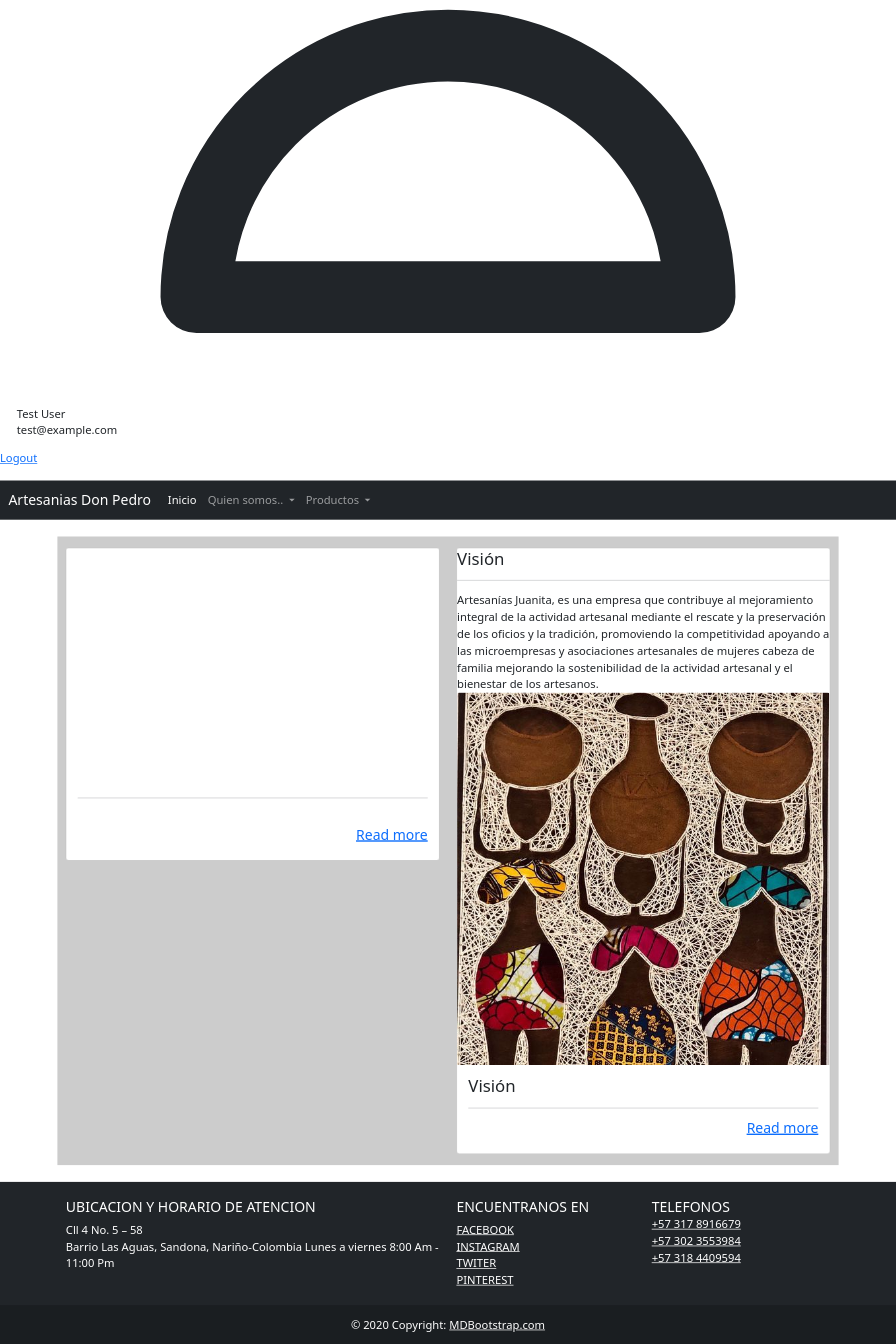
Repository: PG210/taller_artesania
Page: http://localhost/arte/mision
These files come from the project's save history. The page is drawn as it stood at one moment and after the next save; the edit follows.
The browser window is 1280 px wide. The pictures show the part of the page from y = 2149 to 4069 px (the page is 4069 px tall), at 70% of full size.
Pictures or frames that could not be fetched are drawn as grey boxes. The page is served by the project's Laravel application, run on PHP 8.4 with Laravel 8. A made-up administrator, Test User (test@example.com), is signed in. Other server files are loaded and not shown.

Above is the page before, as saved 2021-01-14 15:40:33.

### routes/web.php
<?php

use Illuminate\Support\Facades\Route;
use App\Http\Controllers\Productos;

/*
|--------------------------------------------------------------------------
| Web Routes
|--------------------------------------------------------------------------
|
| Here is where you can register web routes for your application. These
| routes are loaded by the RouteServiceProvider within a group which
| contains the "web" middleware group. Now create something great!
|
*/

Route::get('/', function () {
    return view('welcome');
});
//ruta mision vision
Route::get('arte/vision', function () {
    return view('arte.vision');
});
//histortia
Route::get('arte/historia', function () {
    return view('arte.historia');
});
Route::get('arte/mision', function () {
    return view('arte.mision');
});

//ubicacion
Route::get('arte/ubicacion', function () {
    return view('arte.ubicacion');
});
//productos
Route::get('/productos', [Productos::class, 'index']);

Route::get('/dashboard', function () {
    return view('dashboard');
})->middleware(['auth'])->name('dashboard');

require __DIR__.'/auth.php';

### resources/views/arte/mision.blade.php
<body>

    @extends('layouts.app') @section('content')




    <div class="container">

        <div class="row">

            <!--tarjeta 1 mision hotel-->
            <div class="col-lg-6" style="background-color:#ccc">

                <p>
                    <!-- Card Dark -->
                    <div class="card">

                        <!-- Card image -->
                        <div class="container">
                            <br>
                            <div class="view overlay ">
                                <video loop="true " muted autoplay width="530 " height="300 ">
                    <source src='{{url("/img/video.mp4")}}' type="video/mp4 " alt="Card image cap ">
                <a>
                    <div class="mask " style=" background-color: rgba(230, 179, 179, 0.5) "></div>
                </a>
            </div>
            </div>

          <!-- Card content -->
          <div class="card-body elegant-color white-text rounded-bottom">

            <!-- Social shares button -->

            <!-- Title -->

            <hr class="hr-light">



                 <br>
            <!-- Link -->
            <a href="#!" class="white-text d-flex justify-content-end">
              <h5>Read more <i class="fas fa-angle-double-right"></i></h5>
            </a>

          </div>

        </div>
        <!-- Card Dark --></p>
  </div>



  <!--tarjeta dos vision-->
  <div class="col-lg-6"  style="background-color:#ccc">

    <p><!-- Card Dark -->
        <div class="card">

          <!-- Card image -->
          <div class="view overlay">
           <h4 class="card-title">Visión</h4>
            <hr class="hr-light">
          Artesanías Juanita, es una empresa que contribuye al mejoramiento integral de la actividad artesanal mediante el rescate y la preservación de los oficios y la tradición, promoviendo la competitividad apoyando a las microempresas y asociaciones artesanales de mujeres cabeza de familia mejorando la sostenibilidad de la actividad artesanal y el bienestar de los artesanos.
            <img class="card-img-top" src="../img/4.jpg"
              alt="Card image cap">
            <a>
              <div class="mask rgba-white-slight"></div>
            </a>
          </div>

          <!-- Card content -->
          <div class="card-body elegant-color white-text rounded-bottom">

            <!-- Social shares button -->

            <!-- Title -->
            <h4 class="card-title">Visión</h4>
            <hr class="hr-light">
            <!-- Text -->

            <!-- Link -->
            <a href="#!" class="white-text d-flex justify-content-end">
              <h5>Read more <i class="fas fa-angle-double-right"></i></h5>
            </a>

          </div>

        </div>
        <!-- Card Dark --></p>
  </div>
</div>
</div>




</div>
@stop

</body>

### resources/views/layouts/app.blade.php
<!DOCTYPE html>
<html lang="{{ str_replace('_', '-', app()->getLocale()) }}">
    <head>
        <meta charset="utf-8">
        <meta name="viewport" content="width=device-width, initial-scale=1">
        <meta name="csrf-token" content="{{ csrf_token() }}">

        <title>{{ config('app.name', 'Laravel') }}</title>

        <!-- Fonts -->
        <link rel="stylesheet" href="https://fonts.googleapis.com/css2?family=Nunito:wght@400;600;700&display=swap">
        <link href="{{ url('/assets/bootstrap/css/bootstrap.min.css') }}" rel="stylesheet">
        <!-- Styles -->
        <link rel="stylesheet" href="{{ asset('css/app.css') }}">

        <!-- Scripts -->
        <script src="{{ asset('js/app.js') }}" defer></script>


    </head>

    <body class="font-sans antialiased">
        <div class="min-h-screen bg-gray-100">
            @include('layouts.navigation')

            <nav class="navbar navbar-expand-lg navbar navbar-dark bg-dark">
  <div class="container-fluid">
    <a class="navbar-brand" href="#">Artesanias Don Pedro</a>
    <button class="navbar-toggler" type="button" data-bs-toggle="collapse" data-bs-target="#navbarNavDropdown" aria-controls="navbarNavDropdown" aria-expanded="false" aria-label="Toggle navigation">
      <span class="navbar-toggler-icon"></span>
    </button>
    <div class="collapse navbar-collapse" id="navbarNavDropdown">
      <ul class="navbar-nav">
        <li class="nav-item">
          <a class="nav-link active" aria-current="page" href="#">Inicio</a>
        </li>


        <li class="nav-item dropdown">
          <a class="nav-link dropdown-toggle" href="#" id="navbarDropdownMenuLink" role="button" data-bs-toggle="dropdown" aria-expanded="false">
            Quien somos..
          </a>
          <ul class="dropdown-menu" aria-labelledby="navbarDropdownMenuLink">
            <li><a class="dropdown-item" href="{{url('/arte/mision')}}">Mision</a></li>
            <li><a class="dropdown-item" href="{{url('/arte/vision')}}">Vision</a></li>
            <li><a class="dropdown-item" href="{{url('/arte/ubicacion')}}">Ubicacion</a></li>
            <li><a class="dropdown-item" href="{{url('/arte/historia')}}">Historia</a></li>
          </ul>
        </li>

        <li class="nav-item dropdown">
          <a class="nav-link dropdown-toggle" href="#" id="navbarDropdownMenuLink" role="button" data-bs-toggle="dropdown" aria-expanded="false">
            Productos
          </a>
          <ul class="dropdown-menu" aria-labelledby="navbarDropdownMenuLink">
            <li><a class="dropdown-item" href="{{url('/productos')}}">Sombreros</a></li>
            <li><a class="dropdown-item" href="#">Mochilas</a></li>
            <li><a class="dropdown-item" href="#">Tejidos</a></li>
            <li><a class="dropdown-item" href="#">Visuterias</a></li>
            <li><a class="dropdown-item" href="#">Ofertas</a></li>
          </ul>
        </li>
      </ul>
    </div>
  </div>
</nav>
<br>
            <!-- Page Heading -->
            <div class="container">
           @yield('content')
           </div>
        </div>
<!--footer-->
<br>
        <footer class="bg-dark text-white text-center text-lg-start">
  <!-- Grid container -->
  <div class="container p-4">
    <!--Grid row-->
    <div class="row">
      <!--Grid column-->
      <div class="col-lg-6 col-md-12 mb-4 mb-md-0">
        <h5 class="text-uppercase">Ubicacion y Horario de Atencion</h5>

        <p>
        <bFooterr>
        Cll 4 No. 5 – 58<br>
        Barrio Las Aguas, Sandona, Nariño-Colombia
        Lunes a viernes 8:00 Am - 11:00 Pm
        </p>
      </div>
      <!--Grid column-->

      <!--Grid column-->
      <div class="col-lg-3 col-md-6 mb-4 mb-md-0">
        <h5 class="text-uppercase">Encuentranos en</h5>

        <ul class="list-unstyled mb-0">
          <li>
            <a href="#!" class="text-white">FACEBOOK</a>
          </li>
          <li>
            <a href="#!" class="text-white">INSTAGRAM</a>
          </li>
          <li>
            <a href="#!" class="text-white">TWITER</a>
          </li>
          <li>
            <a href="#!" class="text-white">PINTEREST</a>
          </li>
        </ul>
      </div>
      <!--Grid column-->

      <!--Grid column-->
      <div class="col-lg-3 col-md-6 mb-4 mb-md-0">
        <h5 class="text-uppercase mb-0">TELEFONOS</h5>

        <ul class="list-unstyled">
          <li>
            <a href="#!" class="text-white">+57 317 8916679</a>
          </li>
          <li>
            <a href="#!" class="text-white">+57 302 3553984</a>
          </li>
          <li>
            <a href="#!" class="text-white">+57 318 4409594</a>
          </li>

        </ul>
      </div>
      <!--Grid column-->
    </div>
    <!--Grid row-->
  </div>
  <!-- Grid container -->

  <!-- Copyright -->
  <div class="text-center p-3" style="background-color: rgba(0, 0, 0, 0.2)">
    © 2020 Copyright:
    <a class="text-white" href="https://mdbootstrap.com/">MDBootstrap.com</a>
  </div>
  <!-- Copyright -->
</footer>
<!--end footer-->



        <script src="https://code.jquery.com/jquery-3.5.1.slim.min.js" integrity="sha384-DfXdz2htPH0lsSSs5nCTpuj/zy4C+OGpamoFVy38MVBnE+IbbVYUew+OrCXaRkfj" crossorigin="anonymous"></script>
        <script src="https://cdn.jsdelivr.net/npm/popper.js@1.16.1/dist/umd/popper.min.js" integrity="sha384-9/reFTGAW83EW2RDu2S0VKaIzap3H66lZH81PoYlFhbGU+6BZp6G7niu735Sk7lN" crossorigin="anonymous"></script>
       <script type="text/javascript" src="{{ url('/assets/bootstrap/js/bootstrap.min.js') }}"></script>
    </body>
</html>

### resources/views/layouts/navigation.blade.php
<nav x-data="{ open: false }" class="bg-white border-b border-gray-100">
    <!-- Primary Navigation Menu -->
    <!--aqui cambiar-->
    <div class=" navbar-dark bg-indigo">
        <div class="flex justify-between h-16">
            <div class="flex">
                <!-- Logo -->
                <div class="flex-shrink-0 flex items-center">
                    <a href="{{ route('dashboard') }}">
                        <x-application-logo class="block h-10 w-auto fill-current text-gray-600" />
                    </a>
                </div>

                <!-- Navigation Links -->
                <div class="hidden space-x-8 sm:-my-px sm:ml-10 sm:flex">
                    <x-nav-link :href="route('dashboard')" :active="request()->routeIs('dashboard')">
                        {{ __('Bienvenidos! Tienda Virtual') }}
                    </x-nav-link>
                </div>
            </div>

            <!-- Settings Dropdown -->
            <div class="hidden sm:flex sm:items-center sm:ml-6">
                <x-dropdown align="right" width="48">
                    <x-slot name="trigger">
                        <button class="flex items-center text-sm font-medium text-gray-500 hover:text-gray-700 hover:border-gray-300 focus:outline-none focus:text-gray-700 focus:border-gray-300 transition duration-150 ease-in-out">
                            <div>{{ Auth::user()->name }}</div>

                            <div class="ml-1">
                                <svg class="fill-current h-4 w-4" xmlns="http://www.w3.org/2000/svg" viewBox="0 0 20 20">
                                    <path fill-rule="evenodd" d="M5.293 7.293a1 1 0 011.414 0L10 10.586l3.293-3.293a1 1 0 111.414 1.414l-4 4a1 1 0 01-1.414 0l-4-4a1 1 0 010-1.414z" clip-rule="evenodd" />
                                </svg>
                            </div>
                        </button>
                    </x-slot>

                    <x-slot name="content">
                        <!-- Authentication -->
                        <form method="POST" action="{{ route('logout') }}">
                            @csrf

                            <x-dropdown-link :href="route('logout')"
                                    onclick="event.preventDefault();
                                                this.closest('form').submit();">
                                {{ __('Logout') }}
                            </x-dropdown-link>
                        </form>
                    </x-slot>
                </x-dropdown>
            </div>

            <!-- Hamburger -->
            <div class="-mr-2 flex items-center sm:hidden">
                <button @click="open = ! open" class="inline-flex items-center justify-center p-2 rounded-md text-gray-400 hover:text-gray-500 hover:bg-gray-100 focus:outline-none focus:bg-gray-100 focus:text-gray-500 transition duration-150 ease-in-out">
                    <svg class="h-6 w-6" stroke="currentColor" fill="none" viewBox="0 0 24 24">
                        <path :class="{'hidden': open, 'inline-flex': ! open }" class="inline-flex" stroke-linecap="round" stroke-linejoin="round" stroke-width="2" d="M4 6h16M4 12h16M4 18h16" />
                        <path :class="{'hidden': ! open, 'inline-flex': open }" class="hidden" stroke-linecap="round" stroke-linejoin="round" stroke-width="2" d="M6 18L18 6M6 6l12 12" />
                    </svg>
                </button>
            </div>
        </div>
    </div>

    <!-- Responsive Navigation Menu -->
    <div :class="{'block': open, 'hidden': ! open}" class="hidden sm:hidden">
        <div class="pt-2 pb-3 space-y-1">
            <x-responsive-nav-link :href="route('dashboard')" :active="request()->routeIs('dashboard')">
                {{ __('Dashboard') }}
            </x-responsive-nav-link>
        </div>

        <!-- Responsive Settings Options -->
        <div class="pt-4 pb-1 border-t border-gray-200">
            <div class="flex items-center px-4">
                <div class="flex-shrink-0">
                    <svg class="h-10 w-10 fill-current text-gray-400" xmlns="http://www.w3.org/2000/svg" fill="none" viewBox="0 0 24 24" stroke="currentColor">
                        <path stroke-linecap="round" stroke-linejoin="round" stroke-width="2" d="M16 7a4 4 0 11-8 0 4 4 0 018 0zM12 14a7 7 0 00-7 7h14a7 7 0 00-7-7z" />
                    </svg>
                </div>

                <div class="ml-3">
                    <div class="font-medium text-base text-gray-800">{{ Auth::user()->name }}</div>
                    <div class="font-medium text-sm text-gray-500">{{ Auth::user()->email }}</div>
                </div>
            </div>

            <div class="mt-3 space-y-1">
                <!-- Authentication -->
                <form method="POST" action="{{ route('logout') }}">
                    @csrf

                    <x-responsive-nav-link :href="route('logout')"
                            onclick="event.preventDefault();
                                        this.closest('form').submit();">
                        {{ __('Logout') }}
                    </x-responsive-nav-link>
                </form>
            </div>
        </div>
    </div>
</nav>

Loaded but not shown: routes/auth.php (common file); app/Models/User.php (common file); resources/views/components/application-logo.blade.php (common file); resources/views/components/nav-link.blade.php (common file); resources/views/components/dropdown-link.blade.php (common file); resources/views/components/dropdown.blade.php (common file); resources/views/components/responsive-nav-link.blade.php (common file); public/assets/bootstrap/css/bootstrap.min.css (library); public/assets/bootstrap/js/bootstrap.min.js (library); public/js/app.js (library)

After the next save:
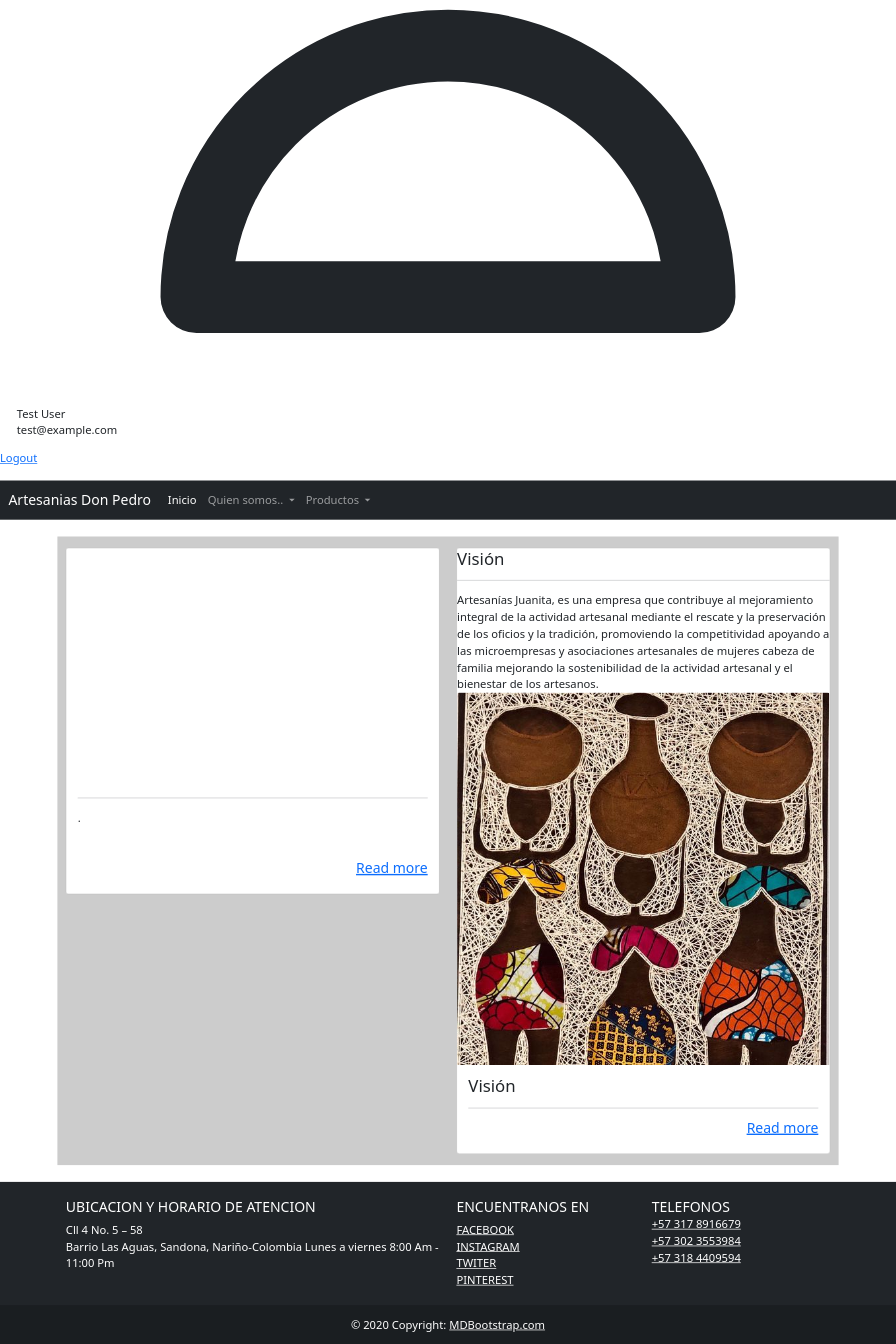
Saved 6 s later.
--- a/resources/views/arte/mision.blade.php
+++ b/resources/views/arte/mision.blade.php
@@ -37,8 +37,11 @@
 
             <hr class="hr-light">
 
+            <p class="card-text white-text mb-4">
 
 
+
+                 .</p>
                  <br>
             <!-- Link -->
             <a href="#!" class="white-text d-flex justify-content-end">
